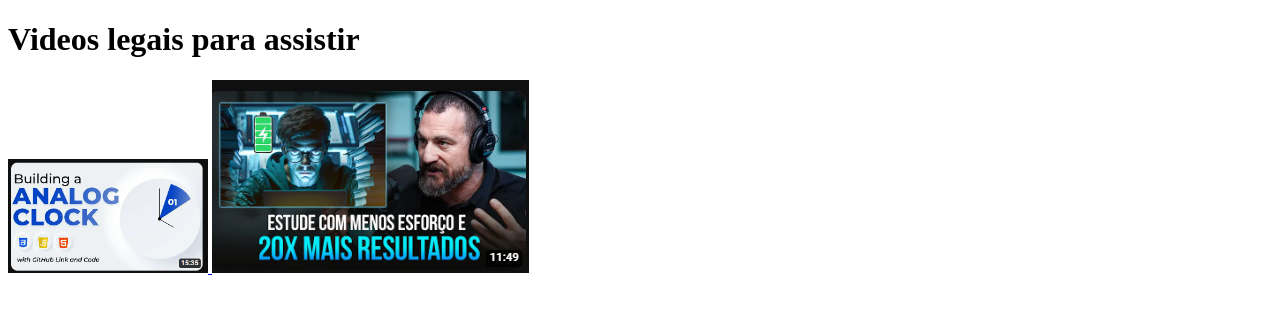
Repository: GabrielTrevisanMargrander/Html-Css
Page: Exercicios/ex012/desafio/index.html
These files come from the project's save history. The page is drawn as it stood at one moment and after a run of saves; the edit follows.
The browser window is 1280 px wide. The pictures show the whole page.

Above is the page before, as saved 2023-05-31 20:31:12.

After the next 5 saves:
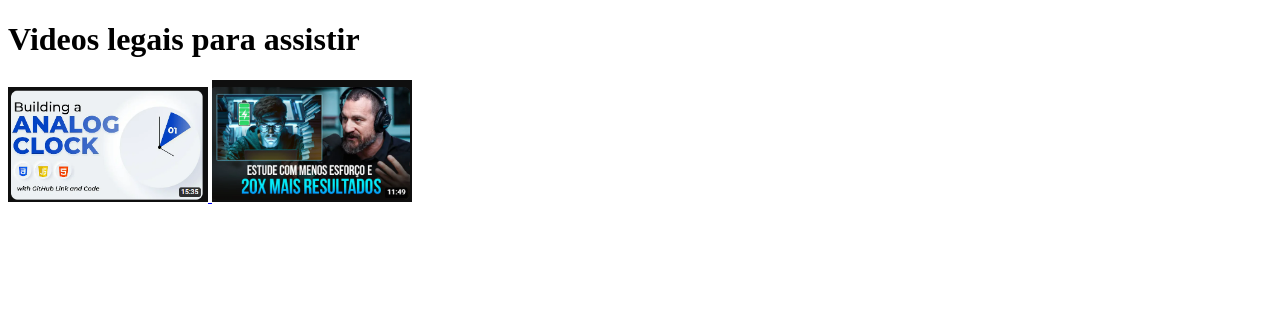
The 5 saves are shown as one change because they came seconds apart.
The last was saved 14 s later.
--- a/Exercicios/ex012/desafio/index.html
+++ b/Exercicios/ex012/desafio/index.html
@@ -12,7 +12,7 @@
     </h1>
 
 <a href="autor.html" target="_blank"> <img src="iamgens/imagem1.png" alt="nem sei" width="200px"> </a>
-<a href="ingles.html"> <img src="iamgens/imagem2.png" alt=""></a>
+<a href="ingles.html"> <img src="iamgens/imagem2.png" width="200px" alt=""></a>
 <a href=></a>
 <a href=></a>
 

After the 2 saves that followed:
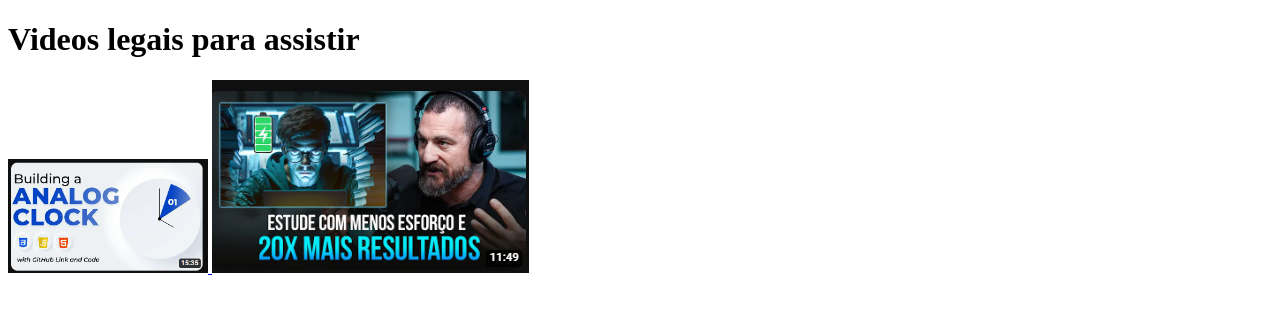
The 2 saves are shown as one change because they came seconds apart.
The last was saved 7 s later.
--- a/Exercicios/ex012/desafio/index.html
+++ b/Exercicios/ex012/desafio/index.html
@@ -12,7 +12,7 @@
     </h1>
 
 <a href="autor.html" target="_blank"> <img src="iamgens/imagem1.png" alt="nem sei" width="200px"> </a>
-<a href="ingles.html"> <img src="iamgens/imagem2.png" width="200px" alt=""></a>
+<a href="ingles.html"> <img src="iamgens/imagem2.png" width="px alt=""></a>
 <a href=></a>
 <a href=></a>
 
